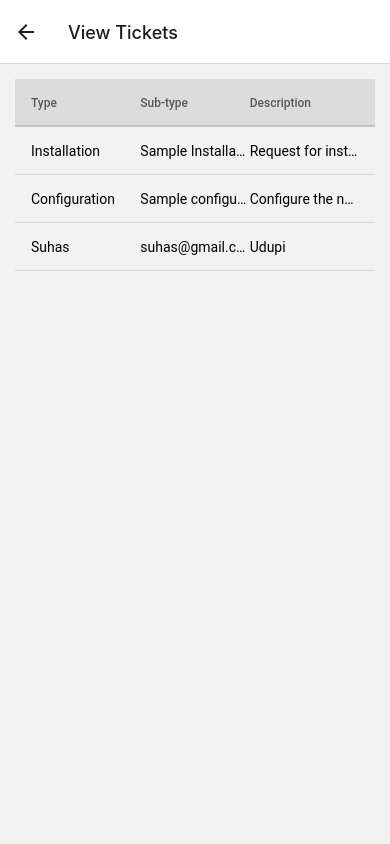
Repository: VishnuJG/Metro-Employee-App
Screen: /View Tickets
An editor plug-in stored every save of this project. The screen is shown before and after a run of saves, followed by the edit.
The app was drawn by React Native's web renderer in a window 390 px wide. The project was rebuilt for these pictures with package versions that can differ from the ones it lists, and the page was loaded fresh each time. Also part of the build but not shown: components/Task.js, components/EmployeeForm.js.

Above is the screen before, as saved 2022-06-30 16:03:36.

### App.js
import { StatusBar } from 'expo-status-bar';
import React, { useState,useEffect } from "react";
import { StyleSheet, Text, View, TextInput, Button, Alert} from 'react-native';
import { useDimensions } from '@react-native-community/hooks';
import Task from './components/Task';
import { NavigationContainer } from '@react-navigation/native';
import { createNativeStackNavigator } from '@react-navigation/native-stack';
import EmployeeForm from './components/EmployeeForm';
import Home from './components/Home';
import EmployeeTable from './components/EmployeeTable';

const Stack = createNativeStackNavigator();

export default function App() {

  return (
    <NavigationContainer>
      <Stack.Navigator>
        <Stack.Screen
          name="Home"
          component={Home}
          options={{ title: 'Home' }}
        />
        <Stack.Screen name="Add Ticket" component={EmployeeForm} />
        <Stack.Screen name="View Tickets" component={EmployeeTable} />
      </Stack.Navigator>
    </NavigationContainer>
  );

}

### components/Home.js
import { StatusBar } from 'expo-status-bar';
import { StyleSheet, Text,Button, View } from 'react-native';

export default function Home({ navigation }) {
  return (
    <View style={styles.container}>

        <View style={styles.button}>
          <Button title="Add Employee"
              onPress={() =>
                  navigation.navigate('Add Ticket')
              }
          />
        </View>

        <View style={styles.button}>
          <Button title="View Employees"
              onPress={() =>
                  navigation.navigate('View Tickets')
              }
          />
        </View>

    </View>
  );
}

const styles = StyleSheet.create({
  container: {
    flex: 1,
    backgroundColor: '#fff',
    alignItems: 'center',
    justifyContent: 'center',
  },
  button:{
    margin:20
  }
});

### components/EmployeeTable.js
import React from 'react';
import { StyleSheet,Alert } from 'react-native';
import { DataTable } from 'react-native-paper';

const employees = [
    {
        name:'Installation',
        email:'Sample Installation',
        location:'Request for installation of the sample bot'
    },
    {
        name:'Configuration',
        email:'Sample configuration',
        location:'Configure the new sample demo bot as soon as possible'
    },
    {
        name:'Suhas',
        email:'suhas@gmail.com',
        location:'Udupi'
    },

]

const EmployeeTable = () => {
return (
	<DataTable style={styles.container}>

	<DataTable.Header style={styles.tableHeader}>
		<DataTable.Title>Type</DataTable.Title>
		<DataTable.Title>Sub-type</DataTable.Title>
		<DataTable.Title>Description</DataTable.Title>
	</DataTable.Header>

    {
        employees.map(emp => {
            return(
                <DataTable.Row key={emp.email} onPress={()=>{Alert.alert('Employee Data', `Ticket Type : ${emp.name}\nTicket Sub-type : ${emp.email}\nTicket Description : ${emp.location}`)}}>
                    <DataTable.Cell>{emp.name}</DataTable.Cell>
                    <DataTable.Cell>{emp.email}</DataTable.Cell>
                    <DataTable.Cell>{emp.location}</DataTable.Cell>
                </DataTable.Row>
            )
        })
    }

	</DataTable>
);
};

export default EmployeeTable;

const styles = StyleSheet.create({
container: {
	padding: 15,
},
tableHeader: {
	backgroundColor: '#DCDCDC',
},
});

After the next 3 saves:
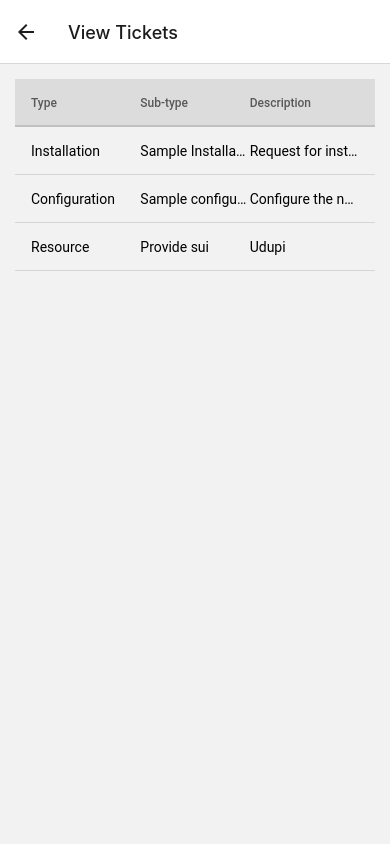
The 3 saves are shown as one change because they came seconds apart.
The last was saved 12 s later.
--- a/components/EmployeeTable.js
+++ b/components/EmployeeTable.js
@@ -14,8 +14,8 @@ const employees = [
         location:'Configure the new sample demo bot as soon as possible'
     },
     {
-        name:'Suhas',
-        email:'suhas@gmail.com',
+        name:'Resource',
+        email:'Provide sui',
         location:'Udupi'
     },
 
